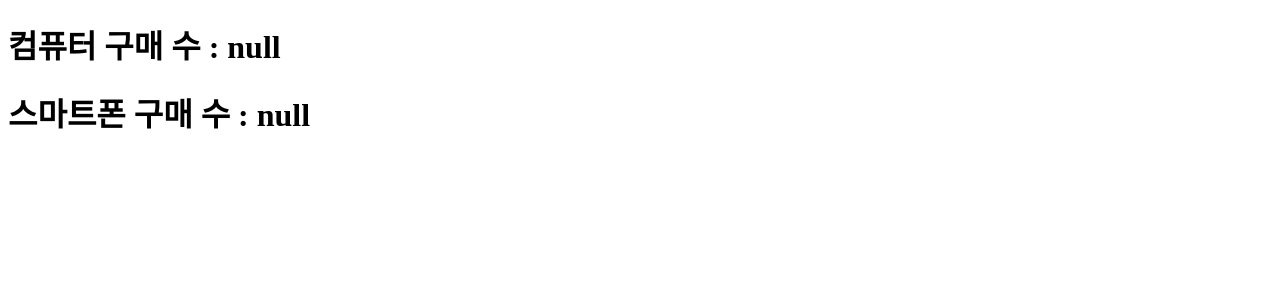
Repository: to-flatwhite1/JSP
Page: http://localhost/JSP08/pay.jsp
An editor plug-in stored every save of this project. The page is shown before and after a run of saves, followed by the edit.
The browser window is 1280 px wide. The pictures show the whole page.
The page is served by Tomcat 9.

Above is the page before, as saved 2024-05-17 01:20:31.

### JSP08/src/main/webapp/pay.jsp
<%@ page language="java" contentType="text/html; charset=utf-8"
    pageEncoding="utf-8"%>
<!DOCTYPE html>
<html>
	<head>
	<meta charset="utf-8">
	<title>결제 내역 확인</title>
	</head>
	<body>
		<%
			String num1=request.getParameter("comp");
			String num2=request.getParameter("phone");
		%>
		<h1>컴퓨터 구매 수 : <%=num1 %></h1>
		<h1>스마트폰 구매 수 : <%=num2 %></h1>

	</body>
</html>

After the next 2 saves:
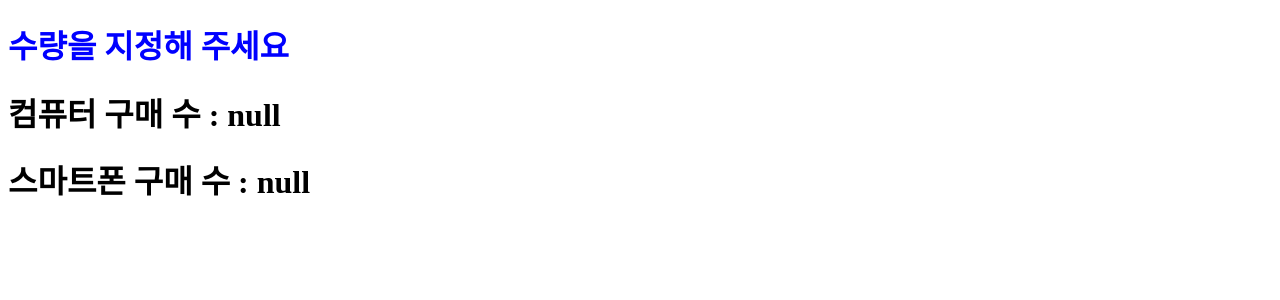
The 2 saves are shown as one change because 1 did not build or start.
The last was saved 7 min 23 s later.
--- a/JSP08/src/main/webapp/pay.jsp
+++ b/JSP08/src/main/webapp/pay.jsp
@@ -10,6 +10,11 @@
 		<%
 			String num1=request.getParameter("comp");
 			String num2=request.getParameter("phone");
+			if(num1=="" || num2=="" || num1==null || num2==null){
+				out.print("<h1 style='color:blue;'>수량을 지정해 주세요</h1>");
+			}else if(num1.equals("0") && num2.equals("0")){
+				out.print("<h1 style='color:red;'>구매하신 제품이 없습니다.</h1>");
+			}
 		%>
 		<h1>컴퓨터 구매 수 : <%=num1 %></h1>
 		<h1>스마트폰 구매 수 : <%=num2 %></h1>
